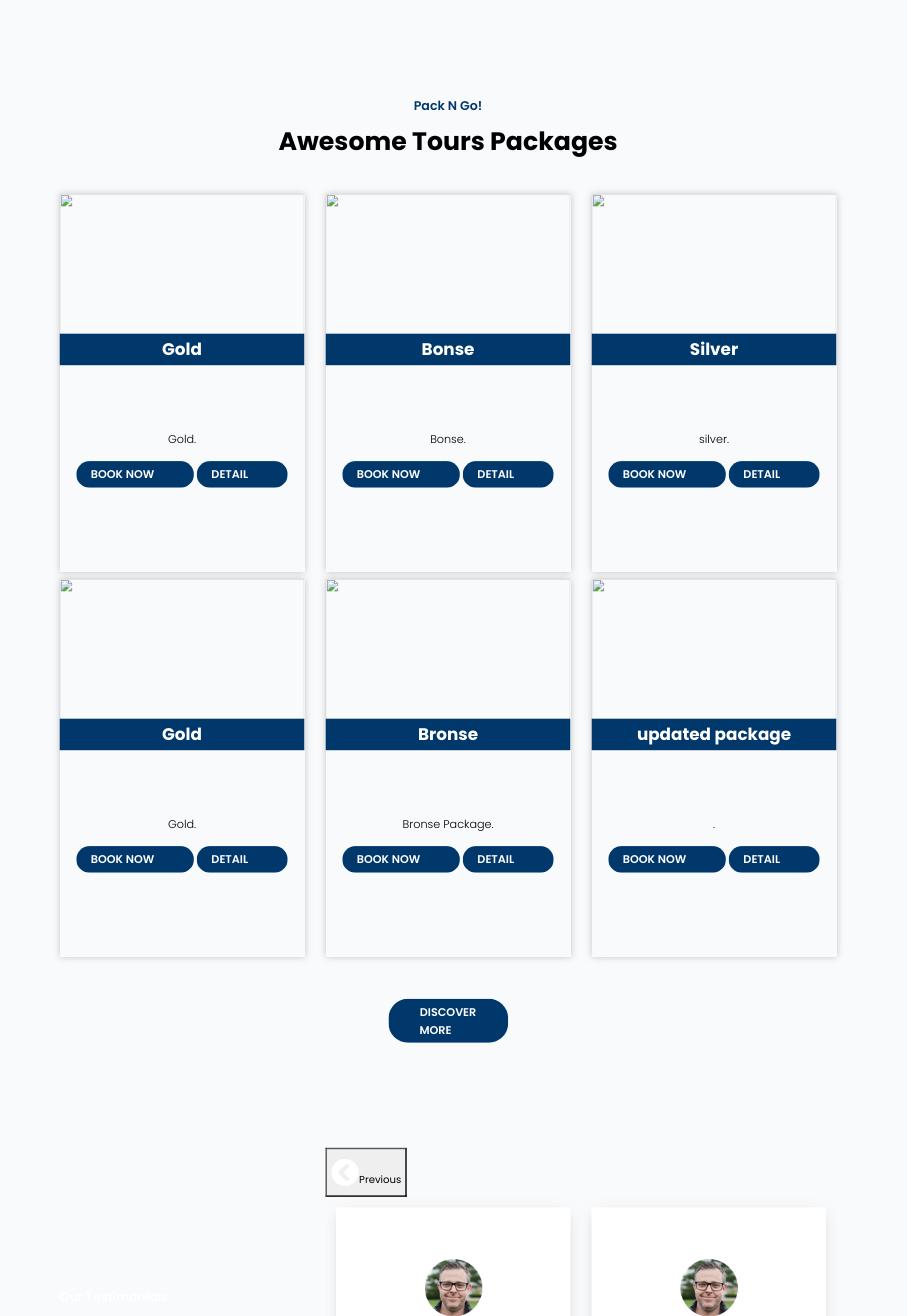
Repository: wasitmirani/laratest
Page: http://localhost/
An editor plug-in stored every save of this project. The page is shown before and after the next save, followed by the edit.
The browser window is 1280 px wide. The page is 1295 px wide, so the pictures cover 1295 px, including what lies to the right of the window. The pictures show the part of the page from y = 2664 to 4544 px (the page is 5596 px tall), at 70% of full size.
Some web libraries are served in a nearby version. The page is served by the project's Laravel application, run on PHP 8.4 with Laravel 8. The database holds what the project's SQL file puts in it.

Above is the page before, as saved 2021-06-30 12:16:21.
Console error: TypeError: Cannot read properties of undefined (reading 'settings')

After the next save:
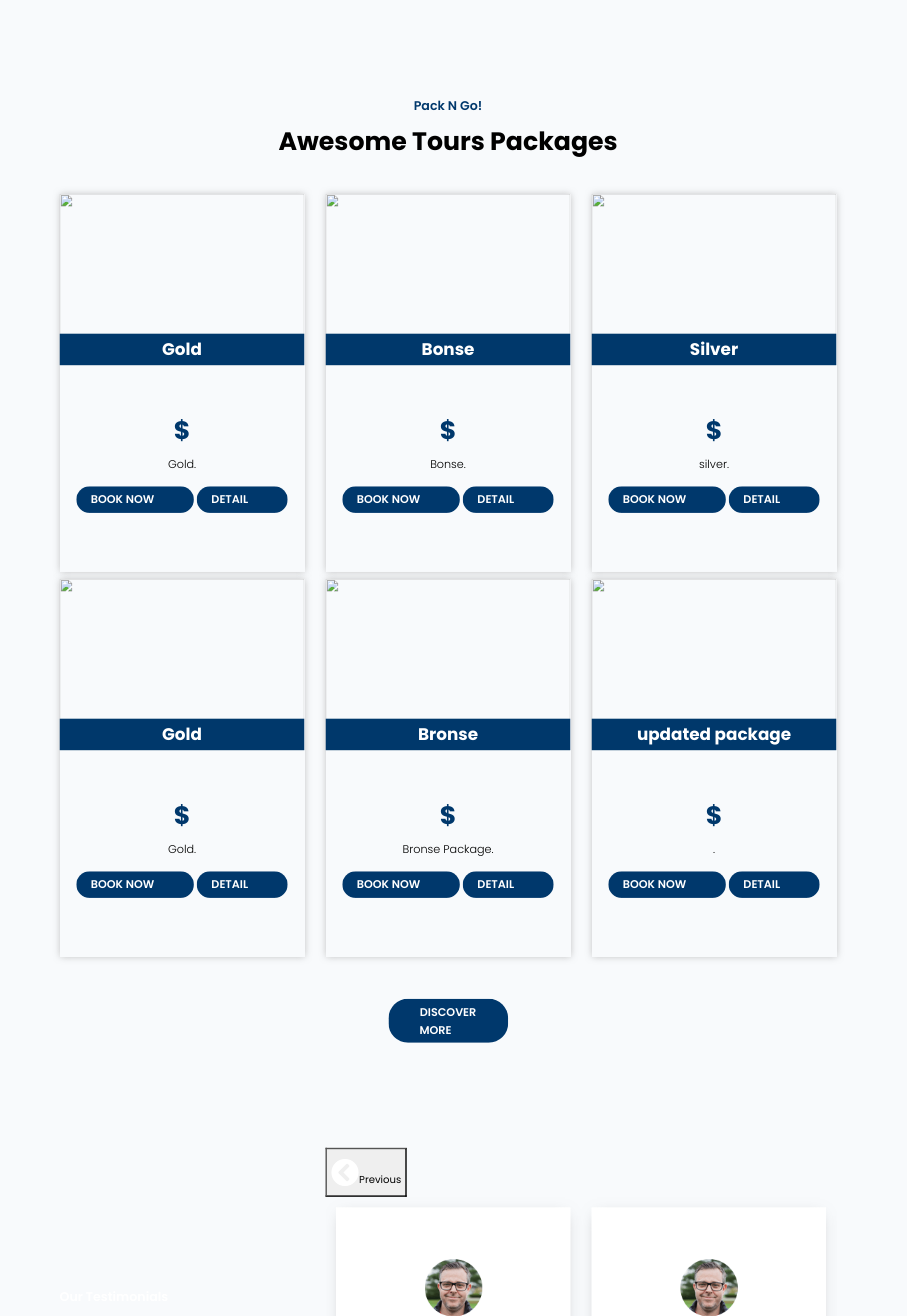
Saved 27 s later.
--- a/resources/views/frontend/components/packagesComponent.blade.php
+++ b/resources/views/frontend/components/packagesComponent.blade.php
@@ -15,7 +15,7 @@
                         <li class="list-inline-item"><i class="fas fa-comment-dots"></i>12700</li>
                     </ul> --}}
                     <div class="content">
-                        {{-- <p><strong>$ {{$package->price}}</strong>7 days 6 nights</p> --}}
+                        <p><strong>$ {{$package->price}}</strong></p>
                         <p class="para-one">{{$package->description}}.</p>
                         <a href="{{route('book.now',$package->id)}}" class="btn btn-business">BOOK Now <NOW></NOW> <i class="fas fa-arrow-right ml-3"></i></a>
                         <a href="{{route('package.detail',$package->id)}}" class="btn btn-business">Detail <NOW></NOW> <i class="fas fa-arrow-right ml-3"></i></a>
